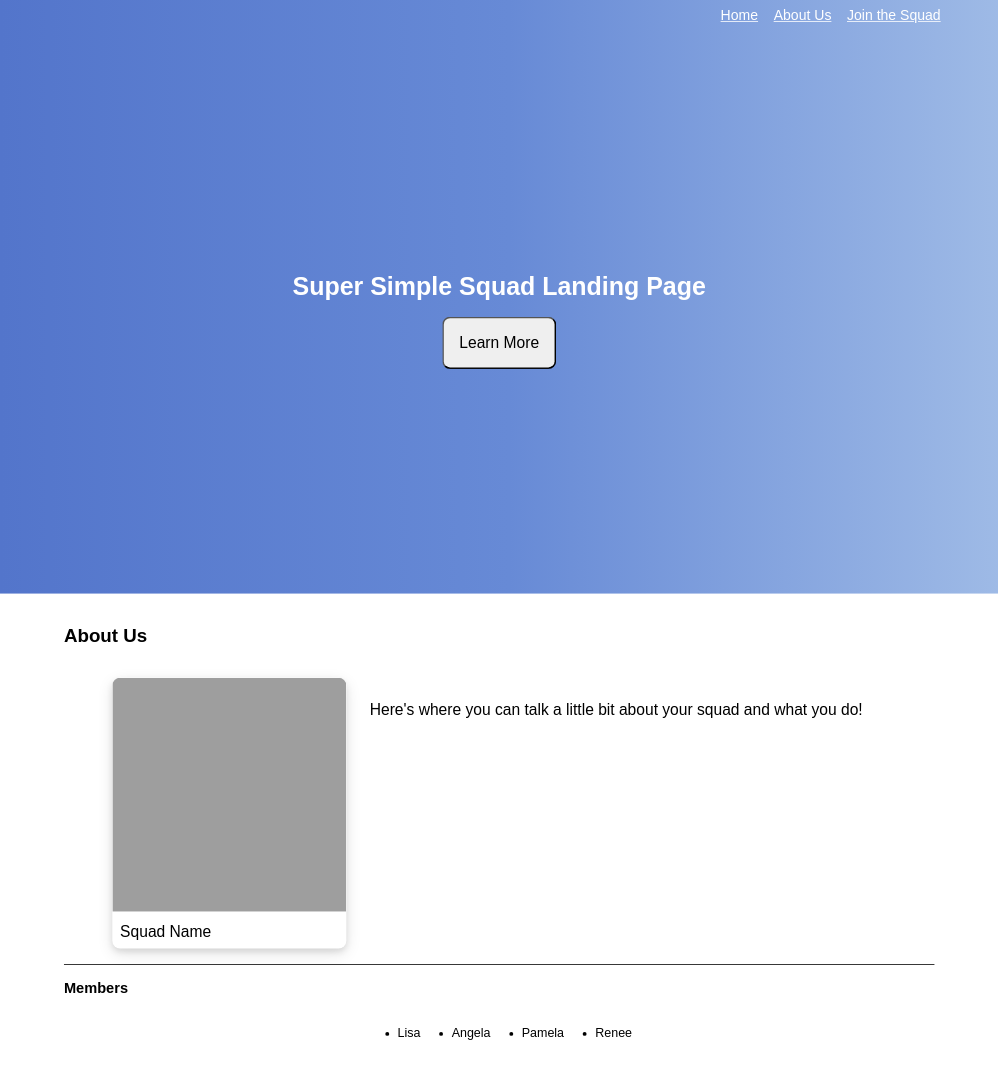
Repository: 365dayschallenge/interface_uniliver
Page: careers.html
These files come from the project's save history. The page is drawn as it stood at one moment and after the next save; the edit follows.
The browser window is 1280 px wide. The pictures show the whole page, at 78% of full size.
Pictures or frames that could not be fetched are drawn as grey boxes. Some web fonts or font styles are not loaded; a fallback is used.

Above is the page before, as saved 2022-12-19 15:15:24.

### careers.html
<!DOCTYPE html>
<!DOCTYPE html>
<html>
<head>
<title>Careers</title>
<meta charset="UTF-8">
<meta name="viewport" content="width=device-width, initial-scale=1">
<link rel="stylesheet" href="./css/careers.css">
</head>
 <body>
    <nav>
      <a href="#">Home</a>
      <a href="#about-us">About Us</a>
      <a href="#join-us">Join the Squad</a>
    </nav>
    <header>
      <h1>Super Simple Squad Landing Page</h1>
      <a href="#about-us"><button>Learn More</button></a>
    </header>
    <section class="about" id="about-us">
      <div class="container">
        <h2>About Us</h2>
        <div class="info-boxes">
          <div class="squad-info">
            <!-- Replace this image with your squad photo -->
            <div class="profile">
              <img src="https://placekitten.com/300" alt="kitten" />
              <p>Squad Name</p>
            </div>

            <div class="squad-description">
              <p>
                Here's where you can talk a little bit about your squad and what
                you do!
              </p>
            </div>
          </div>
        </div>
        <div class="info-boxes">
          <div class="member-list">
            <h3>Members</h3>
            <ul>
              <li>Lisa</li>
              <li>Angela</li>
              <li>Pamela</li>
              <li>Renee</li>
            </ul>
          </div>
        </div>
      </div>
    </section>

  </body>
</html>

### css/careers.css
@font-face {
  font-family: 'Poppins';
  font-style: normal;
  font-weight: 400;
  font-display: swap;
  src: local('Poppins Regular'), local('Poppins-Regular'), url(https://fonts.gstatic.com/s/poppins/v6/pxiEyp8kv8JHgFVrJJfedw.ttf) format('truetype');
}
@font-face {
  font-family: 'Rubik';
  font-style: normal;
  font-weight: 400;
  font-display: swap;
  src: local('Rubik'), local('Rubik-Regular'), url(https://fonts.gstatic.com/s/rubik/v8/iJWKBXyIfDnIV7nBrXk.ttf) format('truetype');
}
html {
  font-size: 62.5%;
}
body {
  font-family: "Rubik", sans-serif;
  font-size: 1.6rem;
  background: #5375cb;
  background: linear-gradient(90deg, #5375cb 0%, #678ad6 51%, #9ebae6 100%);
  margin: 0;
}
h1,
h2,
h3,
h4,
h5,
h6 {
  font-family: "Poppins", sans-serif;
}
nav {
  display: flex;
  flex-direction: row;
  justify-content: flex-end;
  flex-wrap: wrap;
  width: 90%;
  margin: auto;
}
nav a {
  margin: 1rem;
  color: white;
  font-size: 1.8rem;
}
header {
  height: 100vh;
  display: flex;
  flex-direction: column;
  justify-content: center;
  flex-wrap: wrap;
  align-items: center;
}
header h1 {
  color: white;
  text-align: center;
  margin: 2rem auto;
}
header button {
  font-size: 2rem;
  border-radius: 1rem;
  cursor: pointer;
  padding: 2rem;
  outline: 0;
}
section {
  padding: 2rem;
  background-color: white;
}
section .container {
  width: 90%;
  margin: auto;
}
section .container h2 {
  margin: 2rem 0;
}
section .container .info-boxes .squad-info {
  display: flex;
  flex-direction: row;
  justify-content: center;
  flex-wrap: wrap;
  border-bottom: 1px solid black;
  padding: 2rem;
}
section .container .info-boxes .squad-info p {
  font-size: 2rem;
  margin: 1rem;
}
section .container .info-boxes .squad-info img {
  border-top-right-radius: 1rem;
  border-top-left-radius: 1rem;
}
section .container .info-boxes .squad-info .squad-description {
  margin: 2rem;
}
section .container .info-boxes .squad-info .profile {
  border-radius: 1rem;
  box-shadow: rgba(0, 0, 0, 0.1) 0 4px 8px 0, rgba(0, 0, 0, 0.11) 0 6px 20px 0;
}
section .container .info-boxes .member-list ul {
  display: flex;
  flex-direction: row;
  justify-content: center;
  flex-wrap: wrap;
}
section .container .info-boxes .member-list ul li {
  margin: 2rem;
}
footer .join {
  background-image: linear-gradient(90deg, #5375cb 0%, #678ad6 51%, #9ebae6 100%);
  margin: 0;
  padding: 2rem 0;
  text-align: center;
  width: 100%;
  display: flex;
  flex-direction: row;
  justify-content: center;
  flex-wrap: wrap;
}
footer .join a {
  color: white;
  font-size: 2.1rem;
}
footer .join img {
  margin: 0 2rem;
}

After the next save:
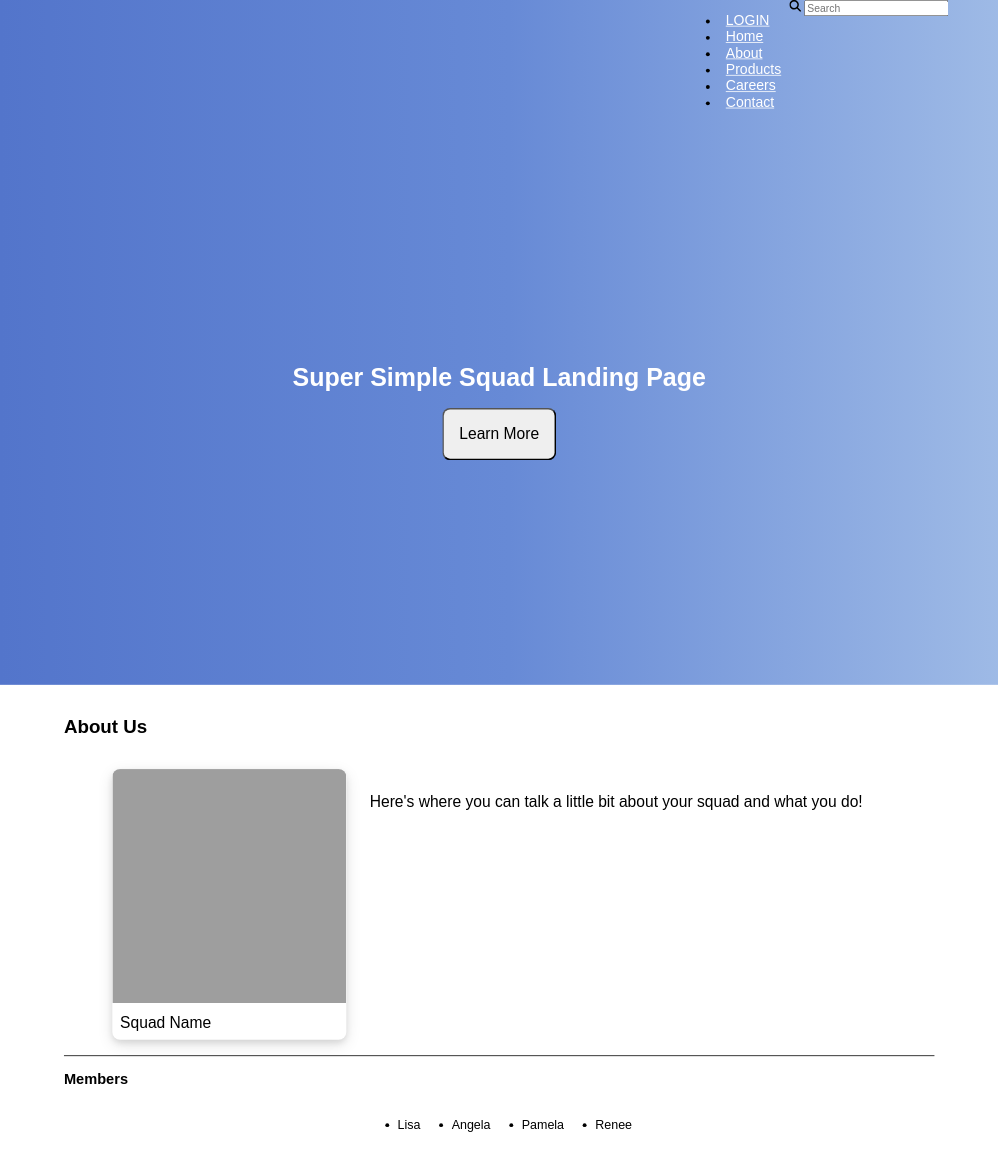
Saved 28 s later.
--- a/careers.html
+++ b/careers.html
@@ -8,10 +8,28 @@
 <link rel="stylesheet" href="./css/careers.css">
 </head>
  <body>
-    <nav>
-      <a href="#">Home</a>
-      <a href="#about-us">About Us</a>
-      <a href="#join-us">Join the Squad</a>
+     <nav class="navbar">
+      <ul class="nav-list">
+        <li><a class="nav-links" href="./login.html">LOGIN</a></li>
+        <li><a class="nav-links" href="./index.html">Home</a></li>
+        <li><a class="nav-links" href="./about.html">About</a></li>
+        <li><a class="nav-links" href="./product.html">Products</a></li>
+        <li><a class="nav-links" href="./careers.html">Careers</a></li>
+        <li><a class="nav-links" href="./contact.html">Contact</a></li>
+      </ul>
+      <div class="nav-search">
+        <svg
+          height="15"
+          xmlns="http://www.w3.org/2000/svg"
+          viewBox="0 0 512 512"
+        >
+          <!--! Font Awesome Pro 6.2.1 by @fontawesome - https://fontawesome.com License - https://fontawesome.com/license (Commercial License) Copyright 2022 Fonticons, Inc. -->
+          <path
+            d="M416 208c0 45.9-14.9 88.3-40 122.7L502.6 457.4c12.5 12.5 12.5 32.8 0 45.3s-32.8 12.5-45.3 0L330.7 376c-34.4 25.2-76.8 40-122.7 40C93.1 416 0 322.9 0 208S93.1 0 208 0S416 93.1 416 208zM208 352c79.5 0 144-64.5 144-144s-64.5-144-144-144S64 128.5 64 208s64.5 144 144 144z"
+          />
+        </svg>
+        <input class="search" type="text" placeholder="Search" />
+      </div>
     </nav>
     <header>
       <h1>Super Simple Squad Landing Page</h1>
